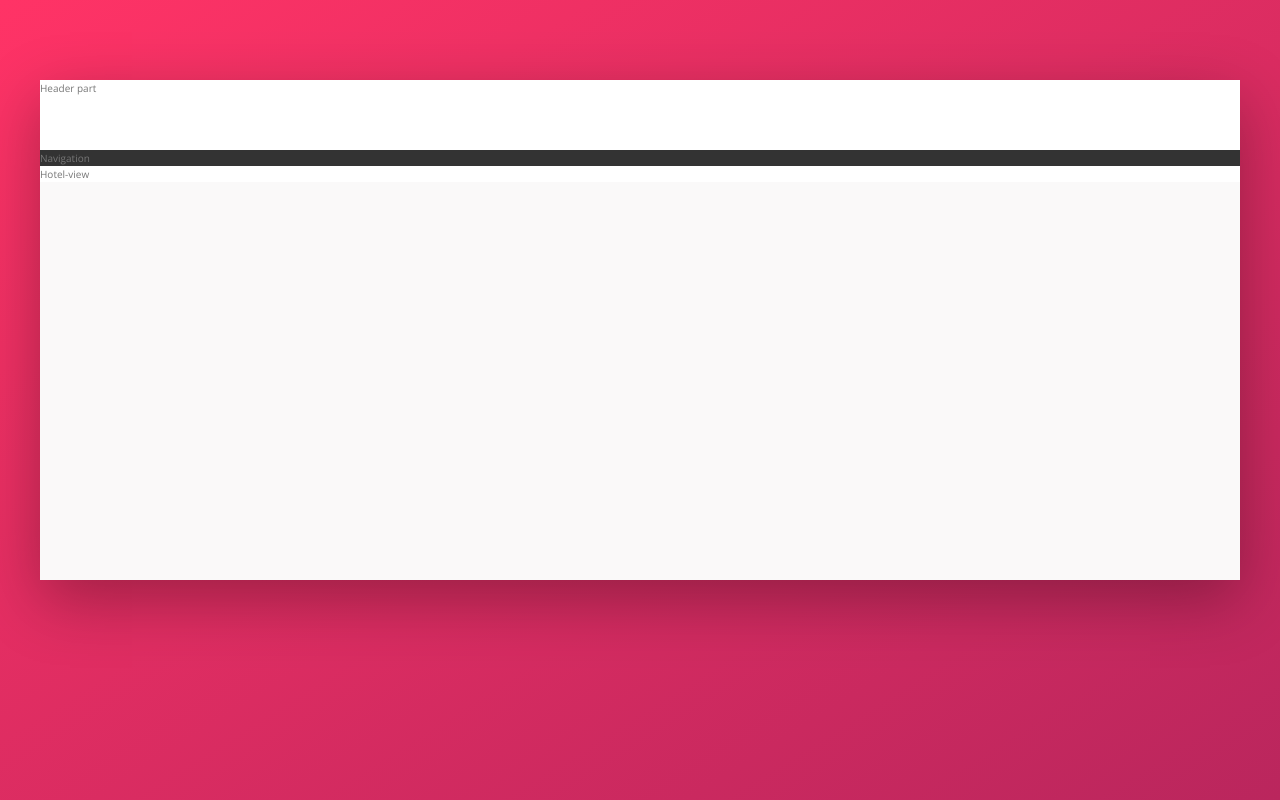
Repository: Lithium87/Trillo
Page: index.html
An editor plug-in stored every save of this project. The page is shown before and after the next save, followed by the edit.
The browser window is 1280 px wide. The pictures show the whole page.
The style sheet was rebuilt from its Sass, Less or Tailwind sources for each picture, by a compiler version that may differ from the author's.

Above is the page before, as saved 2020-05-15 18:32:33.

### index.html
<!DOCTYPE html>
<html lang="en">

<head>
    <meta charset="UTF-8">
    <meta name="viewport" content="width=device-width, initial-scale=1.0">

    <link href="https://fonts.googleapis.com/css?family=Open+Sans:300,400,600" rel="stylesheet">
    <link rel="stylesheet" href="css/style.css">
    <link rel="shortcut icon" type="image/png" href="img/favicon.png">

    <title>trillo &mdash; Your all-in-one booking app</title>
</head>

<body>
    <div class="container">
        <header class="header">
            Header part
        </header>
        <div class="content">
            <nav class="sidebar">
                Navigation
            </nav>
            <main class="hotel-view">
                Hotel-view
            </main>
        </div>
    </div>
</body>

</html>

### sass/_base.scss
:root {
    --color-primary: #eb2f64;
    --color-primary-light: #FF3366;
    --color-primary-dark: #BA265D;
    --color-grey-light-1: #faf9f9;
    --color-grey-light-2: #f4f2f2;
    --color-grey-light-3: #f0eeee;
    --color-grey-light-4: #ccc;
    --color-grey-dark-1: #333;
    --color-grey-dark-2: #777;
    --color-grey-dark-3: #999;
    --shadow-dark: 0 2rem 6rem rgba(0, 0, 0, .3);
}

* {
    margin: 0;
    padding: 0;
}

*,
*::before,
*::after {
    box-sizing: inherit;
}

html {
    box-sizing: border-box;
    font-size: 62.5%; // 1rem = 10px
}

body {
    font-family: 'Open Sans', sans-serif;
    font-weight: 400;
    line-height: 1.6;
    color: var(--color-grey-dark-2);
    background-image: linear-gradient(to right bottom, var(--color-primary-light), var(--color-primary-dark));
    background-size: cover;
    background-repeat: no-repeat;
    min-height: 100vh;
}

### sass/_layout.scss
.container {
    max-width: 120rem;
    margin: 8rem auto;
    background-color: var(--color-grey-light-1);
    box-shadow: var(--shadow-dark);
    min-height: 50rem;
}

.header {
    height: 7rem;
    background-color: #fff;
    border-bottom: var(--color-grey-light-2);
}

.content {}

.sidebar {
    background-color: var(--color-grey-dark-1);
}

.hotel-view {
    background-color: #fff;
}

Loaded but not shown: sass/main.scss (common file); sass/_components.scss (no stored copy; drawn as an empty file)

After the next save:
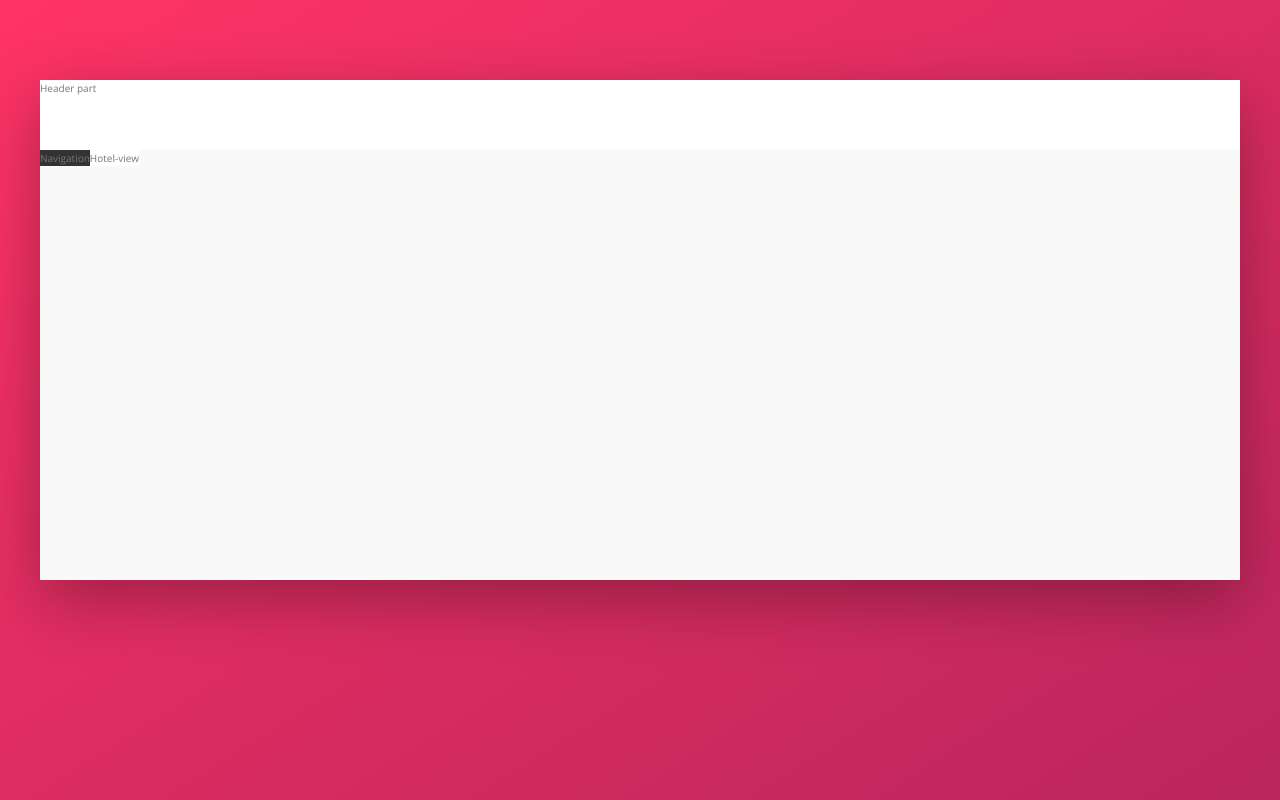
Saved 99 s later.
--- a/sass/_layout.scss
+++ b/sass/_layout.scss
@@ -12,7 +12,9 @@
     border-bottom: var(--color-grey-light-2);
 }
 
-.content {}
+.content {
+    display: flex;
+}
 
 .sidebar {
     background-color: var(--color-grey-dark-1);
